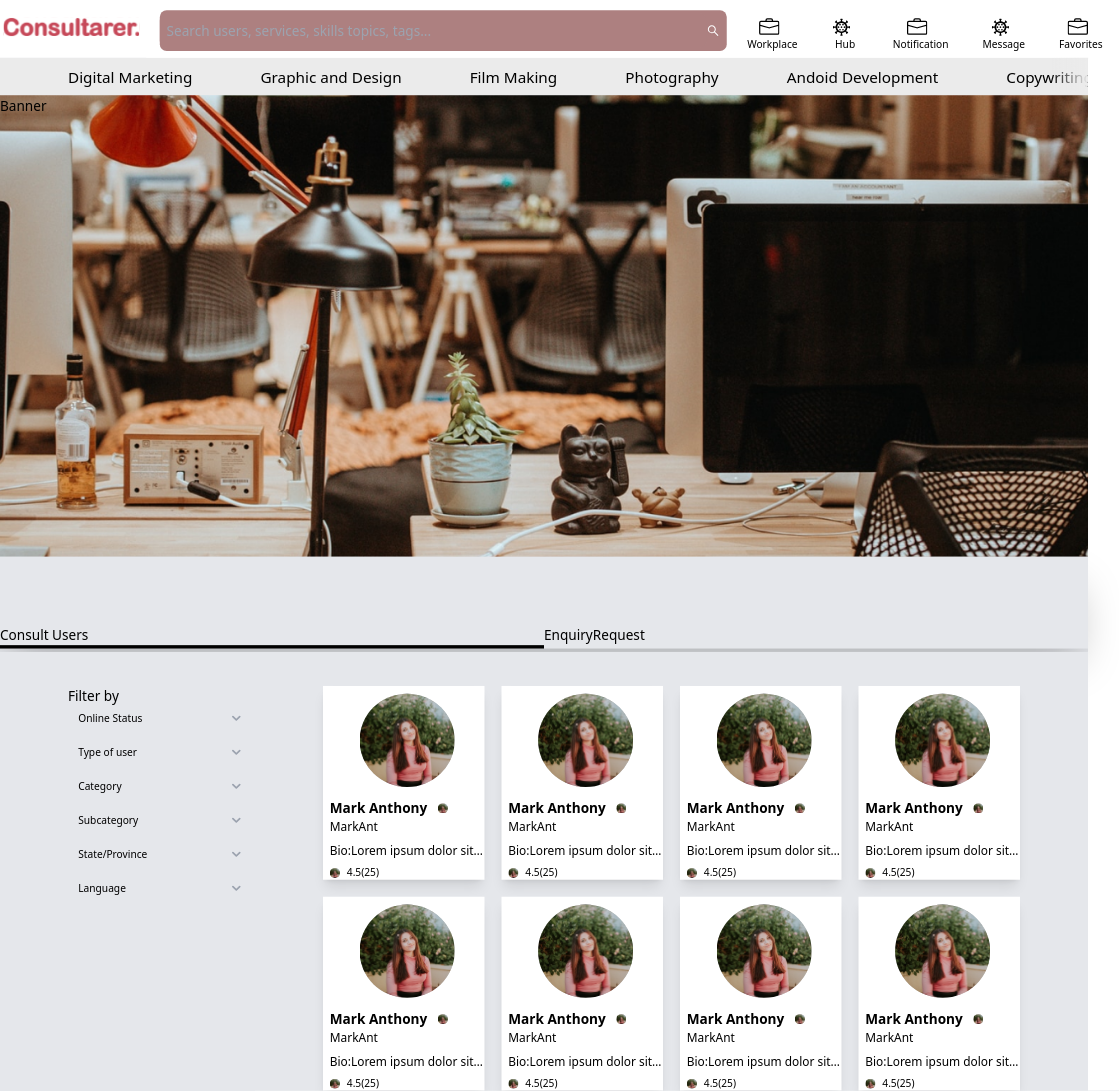
Repository: hisreal123/Consultarer
Page: /
The author's editor kept a copy of each file at every save. The page is drawn from the files as they stood at one save, then again after the next save.
The browser window is 1280 px wide. The page is 1317 px wide, so the pictures cover 1317 px, including what lies to the right of the window. The pictures show the whole page, at 85% of full size.
The project was rebuilt for these pictures with package versions that can differ from the ones it lists, and the page was loaded fresh each time. The framework's server and built-in components were replaced by stand-ins that run in the browser. Also part of the build but not shown: next.config.js, webpack.config.js, components/Filter/Sortby.js.

Above is the page before, as saved 2022-04-26 00:31:43.

### pages/_app.js
import Layout from "../components/Layout";
import "../styles/globals.css";



function MyApp({ Component, pageProps }) {
  return (
    <Layout>
      <Component {...pageProps} />
    </Layout>
  );
}

export default MyApp;

### pages/index.js
import Head from "next/head";
import Image from "next/image";
import CatList from "../components/Category/CatList";
import { CatLinkData } from "../utils/CatLinkdata";
import { Banner } from "../components/Banner/Banner";
import { ContentTab } from "../components/CardContent/ContentTab";

export default function Home({ data }) {
  return (
    <div className=" ">
      <Head>
        <title>Cosultarer.</title>
        <meta name="description" content="Generated by create next app" />
        <link rel="icon" href="/favicon.ico" />
      </Head>

      <main className="bg-gray-200">
        <CatList allCatLinkData={data} />
        <Banner />
        <ContentTab />
      </main>
    </div>
  );
}

export async function getStaticProps() {
  return {
    props: {
      data: CatLinkData,
    },
    revalidate: 4 * 60 * 60,
  };
}

### components/Layout.js
import React from "react";
import { TopNav } from "./TopNav/TopNav";

const Layout = ({ children , toggle}) => {
  return (
    <div className="relative">
      <TopNav toggle={toggle}/>
      {children}
    </div>
  );
};

export default Layout;

### components/Category/CatList.js
import React from "react";
import ListLink from "./ListLink";
const CatList = ({ allCatLinkData }) => {
  return (
    <div className="relative  overflow-hidden ">
      <div className="relative">
        <ListLink data={allCatLinkData} />
      </div>
    </div>
  );
};

export default CatList;

### utils/CatLinkdata.js
// Json Array for CarTegory Section
export const CatLinkData = [
  {
    id: 1,
    Category: " Digital Marketing",
  },
  {
    id: 2,
    Category: " Graphic and Design",
  },
  {
    id: 3,
    Category: " Film Making",
  },
  {
    id: 4,
    Category: " Photography ",
  },
  {
    id: 5,
    Category: " Andoid Development ",
  },
  {
    id: 6,
    Category: " Copywriting ",
  },

  {
    id: 7,
    Category: " Photography ",
  },
  {
    id: 8,
    Category: " Andoid Development ",
  },
  {
    id: 9,
    Category: " Copywriting ",
  },
  {
    id: 10,
    Category: " Digital Marketing",
  },
  {
    id: 11,
    Category: " Graphic and Design",
  },
  {
    id: 12,
    Category: " Film Making",
  },
  {
    id: 13,
    Category: " Photography ",
  },
  {
    id: 14,
    Category: " Andoid Development ",
  },
  {
    id: 15,
    Category: " Copywriting ",
  },

  {
    id: 16,
    Category: " Photography ",
  },
  {
    id: 17,
    Category: " Andoid Development ",
  },
  {
    id: 18,
    Category: " Copywriting ",
  },
]; // End of CatLinks

// for Link Data

### components/Banner/Banner.js
import React from "react";

export const Banner = () => {
  return (
    <div className=" h-[543px]  bg-gray-200 bg-hero bg-origin-content bg-right md:bg-center bg-cover bg-no-repeat  ">
      Banner
    </div>
  );
};

### components/CardContent/ContentTab.js
import { React, Fragment, useState } from "react";
import { EnquiryRequest } from "./EnquiryRequest";
import { ConsultUsers } from "./ConsultUsers";

export const ContentTab = () => {
  const [index, setIndex] = useState(0);
  return (
    <div className="Tabs">
      <div className="tabList  grid grid-cols-2 pt-20 bg-gray-200 mb-1 shadow-2xl z-30">
        <div
          className={`tabHead   ${
            index === 0 ? " border-b-4 border-b-black   " : null
          }`}
          onClick={() => {
            setIndex(0);
          }}
        >
          <h1 className="">Consult Users</h1>
        </div>
        <div
          className={`tabHead ${
            index === 1 ? "  border-b-4 border-b-black " : null
          }`}
          onClick={() => {
            setIndex(1);
          }}
        >
          <h1>EnquiryRequest</h1>
        </div>
      </div>
      <div className="contentl ">
        <div className="tabContent" hidden={index != 0}>
          <ConsultUsers />
        </div>
        <div className="tabContent" hidden={index != 1}>
          <EnquiryRequest />
        </div>
      </div>
    </div>
  );
};

### components/TopNav/TopNav.js
import Link from "next/link";
import { React, useState } from "react";
import Search from "./Search";
import { TopNavMobile } from "../Mobile/TopNavMobile";
import { Aside } from "../Mobile/Aside";
import { AccountLinks } from "../AccountLinks";

// All design are been adjusted to mobile first
export const TopNav = () => {
  return (
    <div className=" shadow-sm ">
      {/* tablet and extended*/}
      <div className=" relative lg:flex item-center ">
        <TopNavMobile />
        <div className="wrap hidden lg:flex  lg:bg-white lg:w-screen   lg:pt-3">
          <Search
            widthStyle="  ml-4 rounded-full hidden md:block lg:mr-1 lg:flex lg:pr-2  lg:bg-[#ad8080] lg:text-white "
            inputStyle="lg:w-[643px] lg:py-2  lg:bg-[#ad8080] lg:pl-2 lg:rounded-lg lg:outline-none lg:text-white"
          />
          <div className="acct w-full relative">
            <AccountLinks />
          </div>
        </div>
      </div>
    </div>
  );
};

### components/Category/ListLink.js
import Link from "next/link";
import React from "react";
import { useRouter } from "next/router";

const ListLink = ({ data }) => {
  const router = useRouter();
  return (
    <div className="relative bg-[#EBEBEB]">
      <ul className="  relative flex whitespace-nowrap px-10 sm:px-20 space-x-10 sm:space-x-20 overflow-x-scroll scrollbar-hide py-2 md:text-lg lg:w-screen">
        {data.map((list) => (
          <li
            key={list.id}
            // onClick={() => router.push(`/${list.Category}`)}
            className="hover:scale-105 transition duration-100  cursor-pointer active:text-red-500"
          >
            {list.Category}
          </li>
        ))}
      </ul>

      <div className="absolute top-0 right-0 bg-gradient-to-l from-[#EBEBEB] h-10 w-11"></div>
    </div>
  );
};

export default ListLink;

### components/CardContent/EnquiryRequest.js
import { FilterList } from "../Filter/FilterList";
export const EnquiryRequest = () => {
  return (
    <div className="grid grid-cols-2 relative w-full bg-green-300">
    <FilterList />
    </div>
  );
};

### components/CardContent/ConsultUsers.js
import React from "react";
import { FilterList } from "../Filter/FilterList";
import { UserCard } from "./UserCard";
export const ConsultUsers = () => {
  return (
    <div className="grid grid-cols-4 pt-10 px-20 z-10 gap-20 relative w-full bg-gray-200">
      <FilterList />
      <div className="useCard col-span-3">
        <UserCard userStyle="" />
      </div>
    </div>
  );
};

### components/TopNav/Search.js
import React from "react";
import { AiOutlineSearch } from "react-icons/ai";

const Search = ({ widthStyle, mobileStyle, inputStyle , lgStyle}) => {
  return (
    <div
      className={`transition hover:shadow-md  flex items-center  relative  bg-white  justify-between pr-3 lg:mb-2 lg:rounded-lg group  ${widthStyle} ${mobileStyle} ${lgStyle}`}
    >
      <input
        type="text"
        name="search"
        id="search"
        placeholder="Search users, services, skills topics, tags... "
        className={inputStyle}
      />
      <AiOutlineSearch className="transition hover:scale-105 cursor-pointer  " />
    </div>
  );
};

export default Search;

### components/Mobile/TopNavMobile.js
import { React, useState } from "react";
import { Aside } from "../Mobile/Aside";
import { Logo } from "../Logo";
import { Profile } from "../Profile";
import Search from "../TopNav/Search";
import { MdMenu } from "react-icons/md";

export const TopNavMobile = () => {
  const [openSideBar, setOpenSideBar] = useState(false);
  return (
    <div className="mobile relative pl-1 px-2 pb-1">
      {/* mobile*/}
      {/* Adding pr-2 to make space for te search component*/}
      <div className=" relative flex justify-between items-center bg-white w-full lg:h-full">
        <div className=" relative flex items-center">
          <MdMenu
            className="text-3xl text-gray-600 mr-1 lg:hidden"
            onClick={() => setOpenSideBar(!openSideBar)}
          />
          <Logo />
        </div>
        <Profile /> {/* profile available only for mobile xs & sm screen size*/}
      </div>
      {/* Search avialable only for mobile xs & sm screen size*/}
      <Search
        widthStyle="w-full pl-2  lg:hidden"
        mobileStyle="mb-3 outline-none rounded-full border border-1 "
        inputStyle=" text-xs py-2 px-2 w-full md:text-md"
      />

      <Aside
        sidebarInfo={{ openSideBar, setOpenSideBar }}
        toggleStyle={`
      ${!openSideBar ? "-translate-x-full" : ""}
    `}
      />
    </div>
  );
};

### components/Mobile/Aside.js
import Link from "next/link";
import { React, useState } from "react";
import { GrFormClose } from "react-icons/gr";
import { AccountLinks } from "../AccountLinks";
import Divider from "../divider";
import { FilterList } from "../Filter/FilterList";
import { Logo } from "../Logo";
// Repeated Style for more than one Element
const GenDesc = "text-xs text-red-500  pl-2 py-1";

export const Aside = ({
  toggleStyle,
  sidebarInfo: { openSideBar, setOpenSideBar },
}) => {
  return (
    <div
      className={` bg-white  absolute top-0  left-0  shadow-lg overflow-hidden w-3/4  transition pb-20 z-50  md:w-50 lg:hidden
      ${openSideBar ? " " : "-translate-x-full"} ${toggleStyle}
      `}
    >
      <div className="top ">
        <div className="top flex  justify-between items-center py-2 px-2">
          <Logo />
          <GrFormClose
            className="text-3xl"
            onClick={() => setOpenSideBar(!openSideBar)}
          />
        </div>
        <Divider />
        <h4 className={GenDesc}> Account</h4>
        <AccountLinks />
        <Divider />
        <FilterList filStyle={GenDesc} />
      </div>
    </div>
  );
};

### components/AccountLinks.js
import React from "react";
import { BsBriefcase } from "react-icons/bs";
import { MdOutlineCoronavirus } from "react-icons/md";
import Divider from "./divider";

const AsideLink = [
  {
    id: 1,
    title: " Workplace",
    icon: <BsBriefcase />,
  },

  {
    id: 2,
    title: "Hub",
    icon: <MdOutlineCoronavirus />,
  },

  {
    id: 3,
    title: " Notification",
    icon: <BsBriefcase />,
  },

  {
    id: 4,
    title: "Message",
    icon: <MdOutlineCoronavirus />,
  },

  {
    id: 5,
    title: " Favorites",
    icon: <BsBriefcase />,
  },
];

export const AccountLinks = () => {
  return (
    <div className=" group md:flex md:items-center md:justify-between md:w-full relative   lg:justify-between lg:items-center">
      {AsideLink.map((item) => (
        <div
          key={item.id}
          className="flex items-center px-2 py-2 mb-1 hover:bg-red-200 last:mb-0 md:text-2xl lg:px-0 lg:pt-2 lg:flex-col lg:pl-5 lg:pr-5  lg:hover:bg-white group lg:mb-0 lg:hover:border-b lg:border-b-black transition duration-150 "
        >
          <span className="mr-2 sm:hover:text-red-400 lg:hover:text-black lg:hover:font-extrabold  transition duration-100 lg:hover:animate-bounce">
            {item.icon}
          </span>
          <h1 className="text-xs"> {item.title}</h1>
        </div>
      ))}
    </div>
  );
};

### components/Filter/FilterList.js
import Divider from "../divider";
import { FilterCheckBox } from "./FilterCheckBox";
import Sortby from "./Sortby";

export const FilterList = ({ filStyle }) => {
  return (
    <div className=" ">
      <h3 className={filStyle}> Filter by</h3>

      <div className="wrap px-2">
        <FilterCheckBox OptionTitle="Online Status" />
        <FilterCheckBox OptionTitle="Type of user" />
        <FilterCheckBox OptionTitle="Category" />
        <FilterCheckBox OptionTitle="Subcategory" />
        <FilterCheckBox OptionTitle="State/Province" />
        <FilterCheckBox OptionTitle="Language" />

        {/*<Sortby title="Sort By" subTitle="Price" />
              <Divider />
          <Sortby title=" Rating " /> */}
      </div>
    </div>
  );
};

### components/CardContent/UserCard.js
import React from "react";
import Image from "next/image";
const User = [
  {
    slug: "user1",
    ImageProfile: "/img/unsplash_x9cXI2eQLBw.svg",
    fullname: " Mark Anthony",
    username: "MarkAnt",
    verified: true,
    rank: true,
    rate: "4.5(25)",
    salary: "50",
    timePrice: "10mins",
  },

  {
    slug: "user2",
    ImageProfile: "/img/unsplash_x9cXI2eQLBw.svg",
    fullname: " Mark Anthony",
    username: "MarkAnt",
    verified: true,
    rank: true,
    rate: "4.5(25)",
    salary: "50",
    timePrice: "10mins",
  },

  {
    slug: "user3",
    ImageProfile: "/img/unsplash_x9cXI2eQLBw.svg",
    fullname: " Mark Anthony",
    username: "MarkAnt",
    verified: true,
    rank: true,
    rate: "4.5(25)",
    salary: "50",
    timePrice: "10mins",
  },

  {
    slug: "user4",
    ImageProfile: "/img/unsplash_x9cXI2eQLBw.svg",
    fullname: " Mark Anthony",
    username: "MarkAnt",
    verified: true,
    rank: true,
    rate: "4.5(25)",
    salary: "50",
    timePrice: "10mins",
  },
  {
    slug: "user5",
    ImageProfile: "/img/unsplash_x9cXI2eQLBw.svg",
    fullname: " Mark Anthony",
    username: "MarkAnt",
    verified: true,
    rank: true,
    rate: "4.5(25)",
    salary: "50",
    timePrice: "10mins",
  },

  {
    slug: "user6",
    ImageProfile: "/img/unsplash_x9cXI2eQLBw.svg",
    fullname: " Mark Anthony",
    username: "MarkAnt",
    verified: true,
    rank: true,
    rate: "4.5(25)",
    salary: "50",
    timePrice: "10mins",
  },

  {
    slug: "user7",
    ImageProfile: "/img/unsplash_x9cXI2eQLBw.svg",
    fullname: " Mark Anthony",
    username: "MarkAnt",
    verified: true,
    rank: true,
    rate: "4.5(25)",
    salary: "50",
    timePrice: "10mins",
  },

  {
    slug: "user8",
    ImageProfile: "/img/unsplash_x9cXI2eQLBw.svg",
    fullname: " Mark Anthony",
    username: "MarkAnt",
    verified: true,
    rank: true,
    rate: "4.5(25)",
    salary: "50",
    timePrice: "10mins",
  },
];

export const UserCard = ({ userStyle }) => {
  return (
    <div className={`cardWrapper relative `}>
      <div className="cardContent">
        <div className=" details relative  grid grid-cols-4 gap-5 ">
          {User.map((user, slug) => (
            <div
              className={` user relative flex flex-col bg-white pt-2 pl-2 shadow-lg ${userStyle}`}
              key={slug}
            >
              <div className="relative h-7 w-28 self-center  mb-24 ">
                <Image
                  src={user.ImageProfile}
                  height="100"
                  width="100"
                  layout="responsive"
                  alt="profile Image"
                />
              </div>
              <div className="infos relative">
                <h2 className=" font-semibold flex items-center">
                  {user.fullname}
                  {user.verified ? (
                    <div className="w-3 ml-3">
                      <Image
                        src="/img/unsplash_x9cXI2eQLBw.svg"
                        alt="verified"
                        layout="responsive"
                        height="100"
                        width="100"
                      />
                    </div>
                  ) : (
                    null(" false")
                  )}
                </h2>
                <h3 className=" font-medium text-sm"> {user.username} </h3>

                <p className="text-sm truncate my-2">
                  Bio:
                  <span>
                    Lorem ipsum dolor sit amet, consectetur adipisicing elit.
                    Similique itaque dolore, quod hic magnam facere enim
                    temporibus esse eligen
                  </span>
                </p>

                <p className="star text-xs flex items-center ">
                  <div className="w-3 mr-2 ">
                    <Image
                      src="/img/unsplash_x9cXI2eQLBw.svg"
                      alt="verified"
                      layout="responsive"
                      height="100"
                      width="100"
                    />
                  </div>
                  <span>{user.rate}</span>
                </p>
              </div>
            </div>
          ))}
        </div>
      </div>
    </div>
  );
};

### components/Logo.js
import Link from "next/link";
import React from "react";
import LogoPic from "../public/img/logo.svg";
export const Logo = () => {
  return (
    <div>
      <Link href="#">
        <a className="cursor-pointer">
          <LogoPic className="h-10 w-28 md:w-36 lg:h-30 lg:w-40 lg:pt-2 lg:pb-2" />
        </a>
      </Link>
    </div>
  );
};

### components/Profile.js
import React from "react";
import ProfilePic from "../public/img/unsplash_x9cXI2eQLBw.svg";

export const Profile = () => {
  return (
    <div className="group absolute right-0 pr-2 lg:hidden transition duration-150">
      <ProfilePic className="text-3xl group:hover:shadow-lg " />
      <span className="bg-green-600 h-2 w-2 absolute z-10 bottom-1 right-2  rounded-full "></span>
    </div>
  );
};

### components/divider.js
import React from "react";

function Divider() {
  return <div className="divider h-[0.08px] w-full bg-gray-300 "></div>;
}

export default Divider;

### components/Filter/FilterCheckBox.js
import { useState } from "react";
import { Listbox, Transition } from "@headlessui/react";
import { ChevronDownIcon } from "@heroicons/react/solid";

const people = [
  { id: 2, title: "Online Status" },
  { id: 3, title: "Option2" },
  { id: 4, title: "Option3" },
  { id: 5, title: "Option4" },
  { id: 5, title: "Option5" },
];

export const FilterCheckBox = ({ OptionTitle }) => {
  const [selectedPerson, setSelectedPerson] = useState(people[0]);
  return (
    <Listbox value={selectedPerson} onChange={setSelectedPerson}>
      <div className="wrap ">
        <Listbox.Button className="mb-3 p-1 text-xs flex items-center w-full  justify-between   ">
          <span className="">{OptionTitle || selectedPerson.title}</span>
          <ChevronDownIcon className="w-5 h-5 text-gray-400" />
        </Listbox.Button>

        <Listbox.Options className="px-1 bg-gray-200 relative">
          {people.map((person) => (
            /* Disabled options will be skipped by keyboard navigation. */
            <Listbox.Option
              key={person.id}
              value={person}
              className="text-xs py-1 md:text-lg "
            >
              {({ active, selected }) => (
                <li
                  className={` py-1 px-2 ${
                    active ? "bg-blue-500 text-white " : "text-black"
                  }`}
                >
                  {selected}
                  {person.title}
                </li>
              )}
            </Listbox.Option>
          ))}
        </Listbox.Options>
      </div>
    </Listbox>
  );
};

### tailwind.config.js
module.exports = {
  mode: "jit",
  content: [
    "./pages/**/*.{js,ts,jsx,tsx}",
    "./components/**/*.{js,ts,jsx,tsx}",
  ],
  theme: {
    extend: {
      backgroundImage: {
        hero: "url('/img/BannerImage.png')",
      },
    },
  },
  plugins: [require("tailwind-scrollbar-hide")],
};

Loaded but not shown: styles/globals.css (common file)

After the next save:
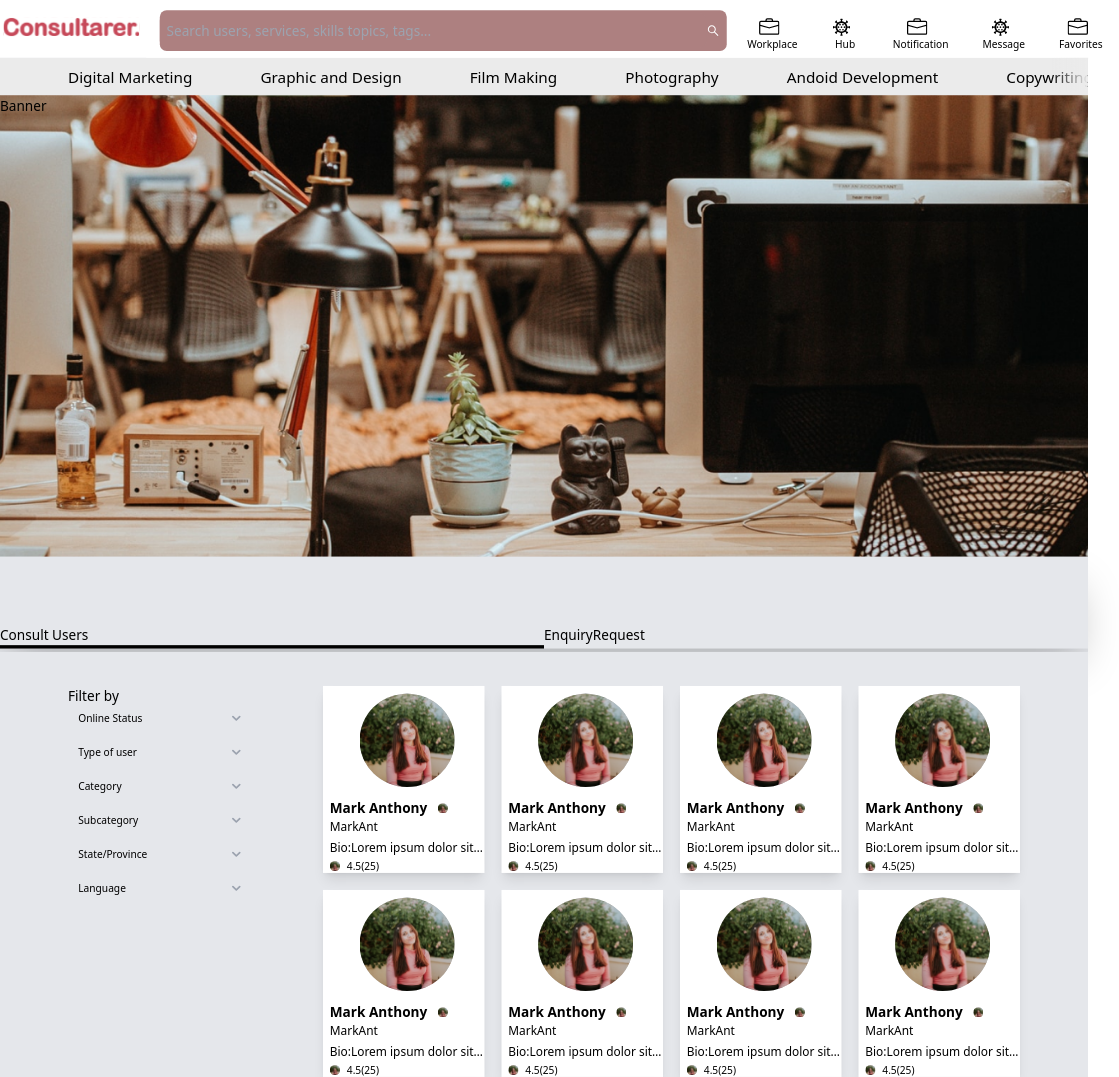
Saved 6 s later.
--- a/components/CardContent/UserCard.js
+++ b/components/CardContent/UserCard.js
@@ -135,7 +135,7 @@ export const UserCard = ({ userStyle }) => {
                 </h2>
                 <h3 className=" font-medium text-sm"> {user.username} </h3>
 
-                <p className="text-sm truncate my-2">
+                <p className="text-sm truncate my-1">
                   Bio:
                   <span>
                     Lorem ipsum dolor sit amet, consectetur adipisicing elit.
